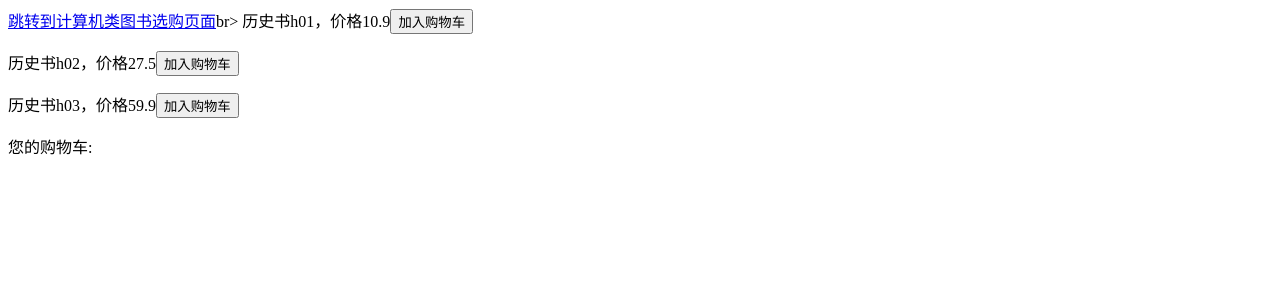
Repository: Matty-GCU/MyEclipse
Page: http://localhost/JavaWeb/chapter08_JSP_built_in_Object_2/homework/8.99.1hw1_book_history.jsp
The author's editor kept a copy of each file at every save. The page is drawn from the files as they stood at one save, then again after the next save.
The browser window is 1280 px wide. The pictures show the whole page.
The page is served by Tomcat 9. Other server files are loaded and not shown.

Above is the page before, as saved 2021-10-27 16:42:29.

### JavaWeb/WebRoot/chapter08_JSP_built_in_Object_2/homework/8.99.1hw1_book_history.jsp
<%@ page language="java" contentType="text/html; charset=UTF-8"
    pageEncoding="UTF-8" import="java.util.*" %>
<html>
	<head>
		<title>Insert title here</title>
		<meta charset="utf-8">
		<style type="text/css">
			form{
				display: inline-block;
			}
		</style>
	</head>
	<body>
		<%
			String book_id = request.getParameter("book_id");
			ArrayList<String> books = (ArrayList<String>) session.getAttribute("books");
			if(book_id != null) {
				if(books == null) {
					books = new ArrayList<>();
					session.setAttribute("books", books);
				}
				books.add(book_id);
			}
		%>
		<a href="8.99.1hw1_book_CS.jsp">跳转到计算机类图书选购页面</a>br>
		历史书h01，价格10.9<form action="#" method="post"><input name="book_id" type="hidden" value="h01"><input type="submit" value="加入购物车"></form><br>
		历史书h02，价格27.5<form action="#" method="post"><input name="book_id" type="hidden" value="h02"><input type="submit" value="加入购物车"></form><br>
		历史书h03，价格59.9<form action="#" method="post"><input name="book_id" type="hidden" value="h03"><input type="submit" value="加入购物车"></form><br>
		<%
			out.println("您的购物车: <br>");
			if(books != null) {
				for(String i: books) {
					out.println(i + "<br>");
				}
			}
		%>
	</body>
</html>

After the next save:
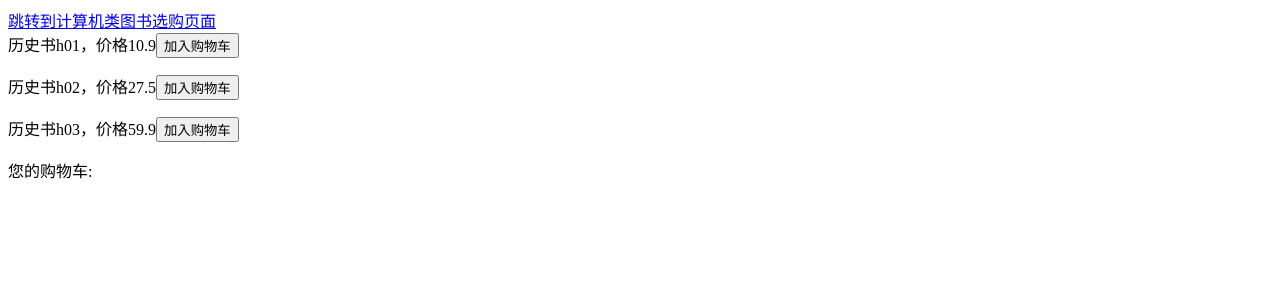
Saved 13 s later.
--- a/JavaWeb/WebRoot/chapter08_JSP_built_in_Object_2/homework/8.99.1hw1_book_history.jsp
+++ b/JavaWeb/WebRoot/chapter08_JSP_built_in_Object_2/homework/8.99.1hw1_book_history.jsp
@@ -22,7 +22,7 @@
 				books.add(book_id);
 			}
 		%>
-		<a href="8.99.1hw1_book_CS.jsp">跳转到计算机类图书选购页面</a>br>
+		<a href="8.99.1hw1_book_CS.jsp">跳转到计算机类图书选购页面</a><br>
 		历史书h01，价格10.9<form action="#" method="post"><input name="book_id" type="hidden" value="h01"><input type="submit" value="加入购物车"></form><br>
 		历史书h02，价格27.5<form action="#" method="post"><input name="book_id" type="hidden" value="h02"><input type="submit" value="加入购物车"></form><br>
 		历史书h03，价格59.9<form action="#" method="post"><input name="book_id" type="hidden" value="h03"><input type="submit" value="加入购物车"></form><br>
